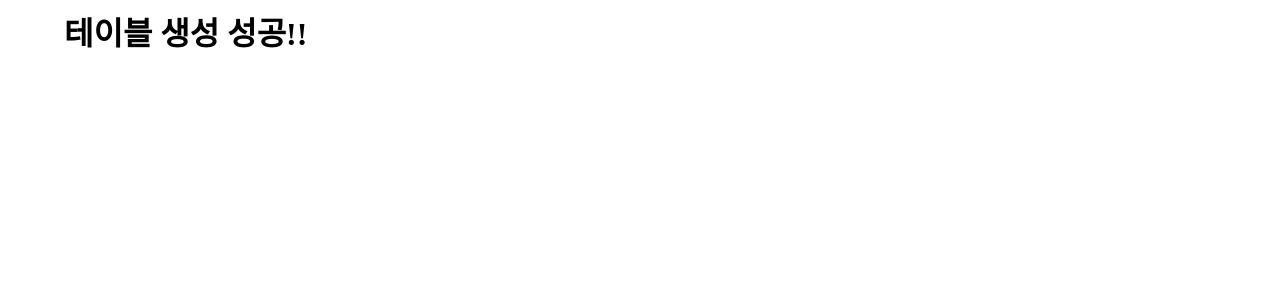
Repository: kimeuiyeob/KOPO_JSP_Study
Page: http://localhost/JSP/create.jsp
The author's editor kept a copy of each file at every save. The page is drawn from the files as they stood at one save, then again after the next save.
The browser window is 1280 px wide. The pictures show the whole page.
The page is served by Tomcat 9. Other server files are loaded and not shown.

Above is the page before, as saved 2023-05-24 07:30:57.

### JSP/src/main/webapp/create.jsp
<%@ page import="javax.servlet.jsp.tagext.TryCatchFinally"%>
<%@ page language="java" contentType="text/html; charset=UTF-8"
	pageEncoding="UTF-8"%>

<!-- JDBC 사용시 필요한 임포트 -->
<%@ page import="java.sql.*"%>
<%@ page import="javax.sql.*"%>
<%@ page import="java.io.*"%>

<HTML>
<HEAD>
</HEAD>
<BODY>

	<!-- Mysql데이터 베이스 연결 -->
	<%
	Connection conn = null;

	try {

		String url = "jdbc:mysql://localhost:33060/kopo07?useSSL=false";
		String user = "root";
		String pw = "1234";

		Class.forName("com.mysql.cj.jdbc.Driver");

		conn = DriverManager.getConnection(url, user, pw);
		Statement stmt = conn.createStatement();

        //======================= 트와이스 테이블 생성 =======================
		stmt.execute("drop table if exists twice;");
        stmt.execute("create table twice (name varchar(20), studentid int not null primary key, kor int, eng int, mat int)");

        stmt.close();
        conn.close();
	%>

		<h1>&nbsp&nbsp&nbsp&nbsp&nbsp&nbsp&nbsp테이블 생성 성공!!</h1>

	<%

	} catch (SQLException e) {

		out.print("데이터 베이스 연결 실패~~");
		out.print("SQLException : " + e.getMessage());

	}

	%>

</BODY>
</HTML>

After the next save:
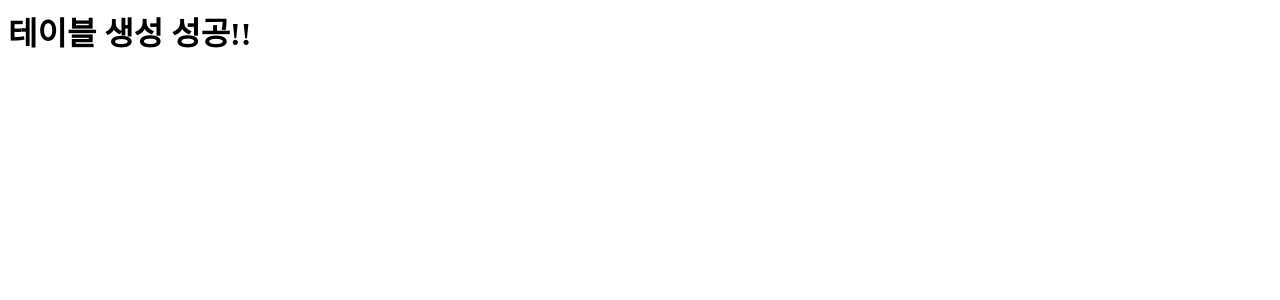
Saved 23 min 31 s later.
--- a/JSP/src/main/webapp/create.jsp
+++ b/JSP/src/main/webapp/create.jsp
@@ -35,7 +35,7 @@
         conn.close();
 	%>
 
-		<h1>&nbsp&nbsp&nbsp&nbsp&nbsp&nbsp&nbsp테이블 생성 성공!!</h1>
+		<h1>테이블 생성 성공!!</h1>
 
 	<%
 
